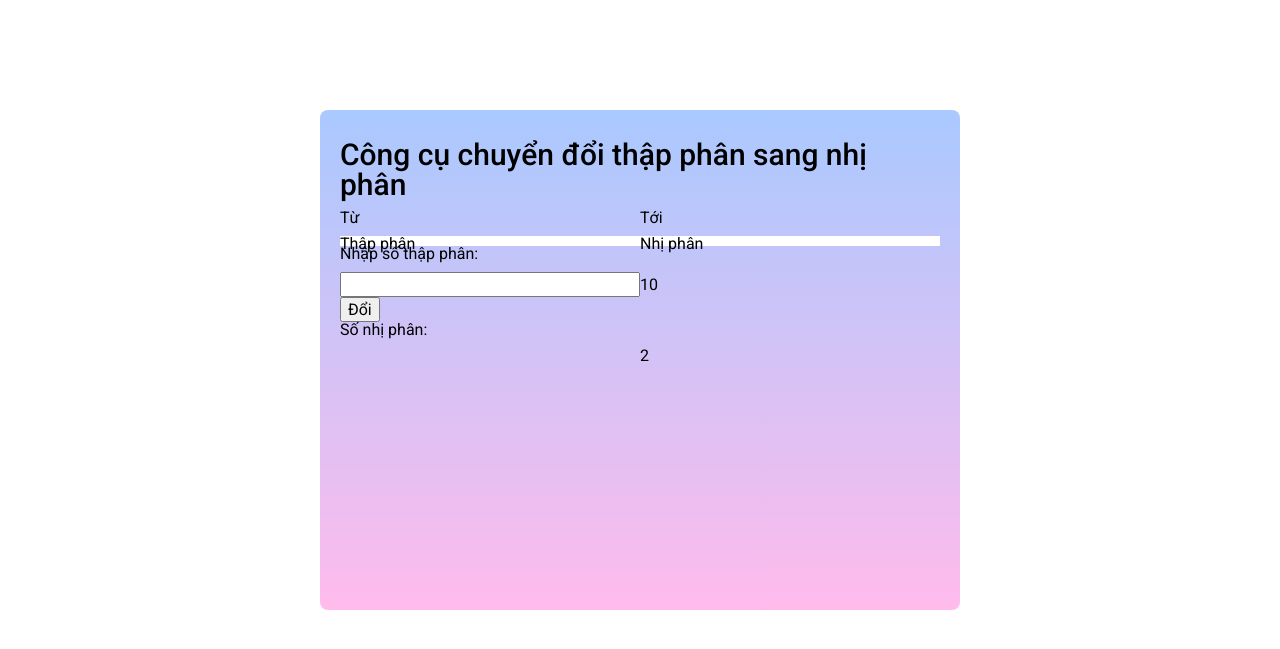
Repository: thuanpham00/covertNumber
Page: index.html
An editor plug-in stored every save of this project. The page is shown before and after the next save, followed by the edit.
The browser window is 1280 px wide. The pictures show the whole page.
The style sheet was rebuilt from its Sass, Less or Tailwind sources for each picture, by a compiler version that may differ from the author's.

Above is the page before, as saved 2023-11-03 02:09:14.

### index.html
<!DOCTYPE html>
<html lang="en">
    <head>
        <meta charset="UTF-8" />
        <meta name="viewport" content="width=device-width, initial-scale=1.0" />
        <title>Convert Number</title>
        <link rel="stylesheet" href="./assets/css/main.css" />
        <link rel="preconnect" href="https://fonts.googleapis.com" />
        <link rel="preconnect" href="https://fonts.gstatic.com" crossorigin />
        <link
            href="https://fonts.googleapis.com/css2?family=Roboto:wght@400;500;700;900&display=swap"
            rel="stylesheet"
        />
    </head>
    <body>
        <div class="container">
            <h1 class="title">Công cụ chuyển đổi thập phân sang nhị phân</h1>
            <div class="row">
                <span class="row__desc">Từ</span>
                <span class="row__desc">Tới</span>
            </div>
            <div class="row">
                <div class="row__type">
                    <div class="row__item">Thập phân</div>
                </div>
                <div class="row__type">
                    <div class="row__item">Nhị phân</div>
                </div>
            </div>
            <div class="container__wrapper">
                <div class="desc">Nhập số thập phân:</div>
                <form class="form">
                    <div class="row">
                        <input
                            type="text"
                            class="form__input"
                            name="numberInput"
                            required
                        />
                        <span>10</span>
                    </div>
                    <input type="submit" class="form__submit" value="Đổi" />
                </form>

                <div class="desc">Số nhị phân:</div>
                <div class="row">
                    <div class="result"></div>
                    <span>2</span>
                </div>
            </div>
        </div>
    </body>
</html>

### scss/main.scss
html,
body,
div,
span,
applet,
object,
iframe,
h1,
h2,
h3,
h4,
h5,
h6,
p,
blockquote,
pre,
a,
abbr,
acronym,
address,
big,
cite,
code,
del,
dfn,
em,
img,
ins,
kbd,
q,
s,
samp,
small,
strike,
strong,
sub,
sup,
tt,
var,
b,
u,
i,
center,
dl,
dt,
dd,
ol,
ul,
li,
fieldset,
form,
label,
legend,
table,
caption,
tbody,
tfoot,
thead,
tr,
th,
td,
article,
aside,
canvas,
details,
embed,
figure,
figcaption,
footer,
header,
hgroup,
menu,
nav,
output,
ruby,
section,
summary,
time,
mark,
audio,
video {
    margin: 0;
    padding: 0;
    border: 0;
    font-size: 100%;
    font: inherit;
    vertical-align: baseline;
}
/* HTML5 display-role reset for older browsers */
article,
aside,
details,
figcaption,
figure,
footer,
header,
hgroup,
menu,
nav,
section {
    display: block;
}
body {
    line-height: 1;
}
ol,
ul {
    list-style: none;
}
blockquote,
q {
    quotes: none;
}
blockquote:before,
blockquote:after,
q:before,
q:after {
    content: "";
    content: none;
}
table {
    border-collapse: collapse;
    border-spacing: 0;
}

*,
::after,
::before {
    box-sizing: border-box;
}

html {
    font-size: 62.5%;
}

body {
    background: #fff;
    font-size: 1.6rem;
    font-family: "Roboto", sans-serif;
}

input,
select,
textarea,
button {
    font-size: inherit;
    font-family: inherit;
}

.container {
    background-color: #a9c9ff;
    background-image: linear-gradient(180deg, #a9c9ff 0%, #ffbbec 100%);

    border-radius: 8px;
    padding: 10px 20px;
    height: 500px;
    position: absolute;
    top: 50%;
    left: 50%;
    transform: translate(-50%, -50%);

    .title {
        margin-top: 20px;
        font-size: 3rem;
        font-weight: 500;
    }

    .row {
        margin-top: 10px;
        display: grid;
        align-items: center;
        grid-template-columns: 1fr 1fr;

        .row__type {
            height: 10px;
            width: 100%;
            background: #fff;
        }
    }
}

After the next save:
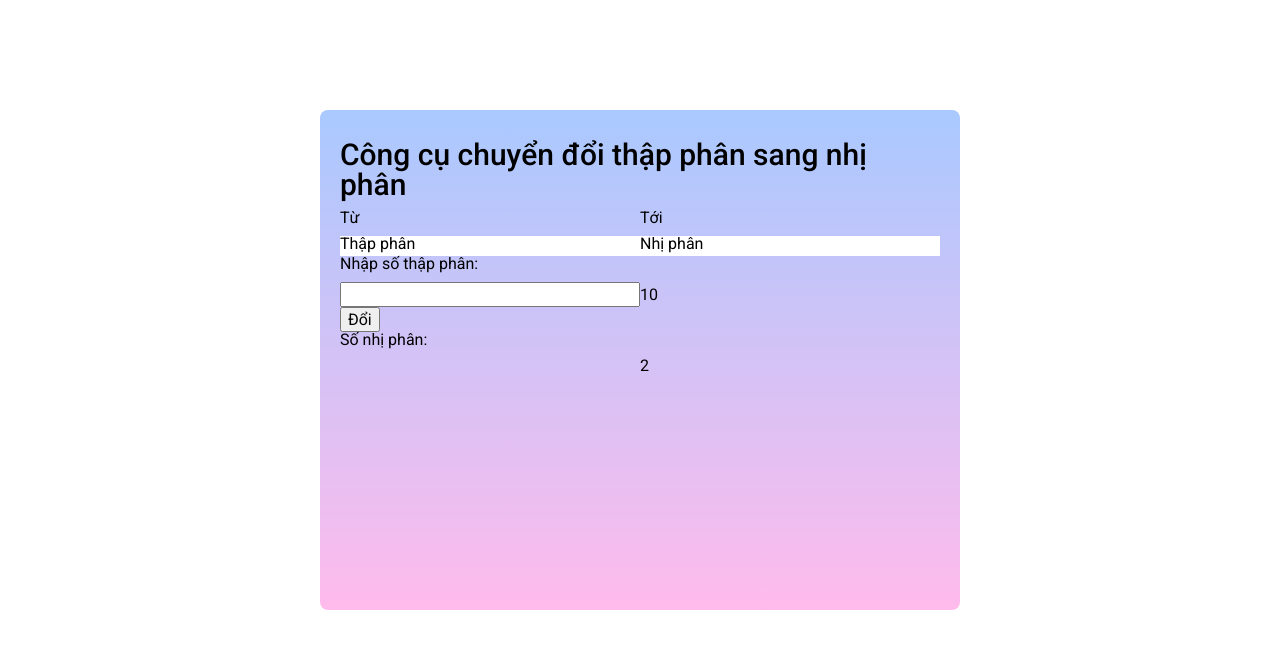
Saved 7 s later.
--- a/scss/main.scss
+++ b/scss/main.scss
@@ -172,7 +172,7 @@ button {
         grid-template-columns: 1fr 1fr;
 
         .row__type {
-            height: 10px;
+            height: 20px;
             width: 100%;
             background: #fff;
         }
